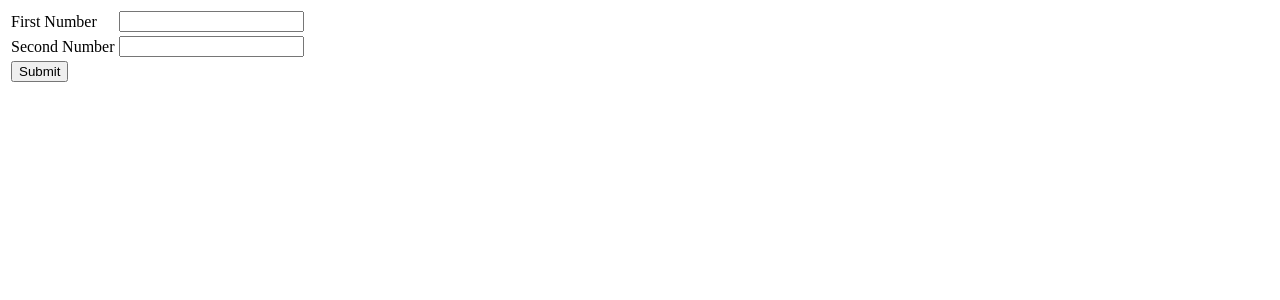
Repository: SuryaPaulpandy/Servlet-MVC-Project-
Page: Addition/src/main/webapp/Index.html
These files come from the project's save history. The page is drawn as it stood at one moment and after the next save; the edit follows.
The browser window is 1280 px wide. The pictures show the whole page.

Above is the page before, as saved 2024-10-09 10:21:29.

### Addition/src/main/webapp/Index.html
<!DOCTYPE html>
<html>
<head>
<meta charset="UTF-8">
<title>Insert title here</title>
</head>
<body>
<table>
<form action="/Addition/Add">
<tr>
<td>First Number</td>
<td><input type = "text" name="firstnumber"/></td>
</tr>
<tr>
<td>Second Number</td>
<td><input type = "text" name="secondnumber"/></td>
</tr>
<tr>
<td><input type = "submit" name="Add"/></td>
</tr>
</form>
</table>
</body>
</html>

After the next save:
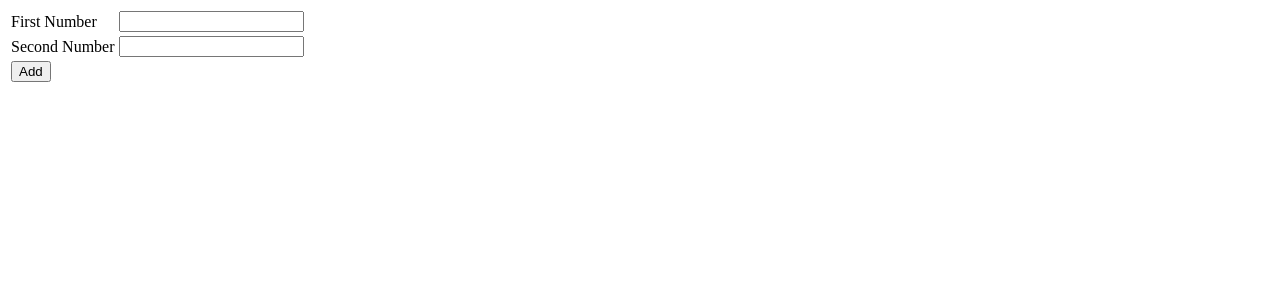
Saved 83 s later.
--- a/Addition/src/main/webapp/Index.html
+++ b/Addition/src/main/webapp/Index.html
@@ -16,7 +16,7 @@
 <td><input type = "text" name="secondnumber"/></td>
 </tr>
 <tr>
-<td><input type = "submit" name="Add"/></td>
+<td><input type = "submit" value="Add"/></td>
 </tr>
 </form>
 </table>
